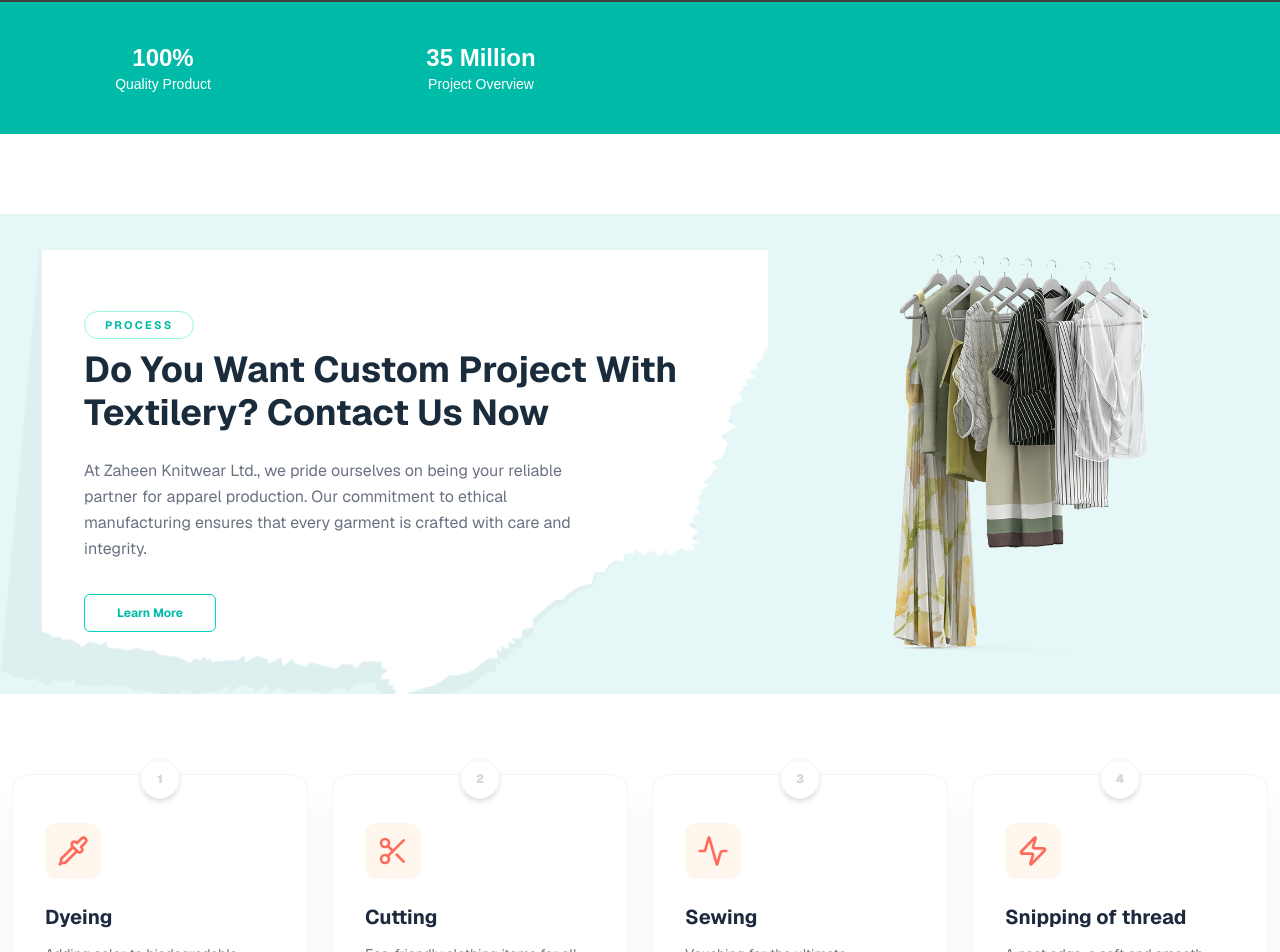
Repository: mdmuhibullahhabib/fullstack-assessment
Page: /
The author's editor kept a copy of each file at every save. The page is drawn from the files as they stood at one save, then again after the next save.
The browser window is 1280 px wide. The pictures show the part of the page from y = 576 to 1528 px (the page is 3025 px tall before and 3181 px after).
Pictures or frames that could not be fetched are drawn as grey boxes. The project was rebuilt for these pictures with package versions that can differ from the ones it lists, and the page was loaded fresh each time. The framework's server and built-in components were replaced by stand-ins that run in the browser. Also part of the build but not shown: next.config.mjs.

Above is the page before, as saved 2025-12-27 10:26:43.

### src/app/layout.js
import { Geist, Geist_Mono } from "next/font/google";
import "./globals.css";
import Navbar from "@/components/shared/Navbar";
import Footer from "@/components/shared/Footer";

const geistSans = Geist({
  variable: "--font-geist-sans",
  subsets: ["latin"],
});

const geistMono = Geist_Mono({
  variable: "--font-geist-mono",
  subsets: ["latin"],
});

export const metadata = {
  title: "Create Next App",
  description: "Generated by create next app",
};

export default function RootLayout({ children }) {
  return (
    <html lang="en">
      <body
        className={`${geistSans.variable} ${geistMono.variable} antialiased`}
      >
        <Navbar/>
        {children}
        <Footer/>
      </body>
    </html>
  );
}

### src/app/page.js
import Apparel from "@/components/home/Apparel";
import CustomProcess from "@/components/home/CustomProcess";
import Hero from "@/components/home/hero";
import Stats from "@/components/home/Stats";


export default function Home() {
  return (
    <>
      <Hero />
      <Stats />
      <CustomProcess />
      <Apparel />
    </>
  );
}

### src/components/shared/Navbar.jsx
"use client";

import Link from "next/link";
import { Menu, X, ShoppingCart, User } from "lucide-react";
import { useState } from "react";

export default function Navbar() {
  const [open, setOpen] = useState(false);

  return (
    <header className="w-full">
      {/* ===== Top Bar ===== */}
      <div className="bg-teal-500 text-white text-sm">
        <div className="max-w-7xl mx-auto flex justify-between items-center px-4 py-2">
          <p>📍 Kashimpur, Gazipur Sadar / Gazipur</p>
          <div className="flex items-center gap-4">
            <span>📞 +880 01713-027875</span>
            <div className="flex gap-2">
              <span>f</span>
              <span>x</span>
              <span>▶</span>
              <span>📷</span>
            </div>
          </div>
        </div>
      </div>

      {/* ===== Main Navbar ===== */}
      <div className="bg-white shadow">
        <div className="max-w-7xl mx-auto flex items-center justify-between px-4 py-4">

          {/* Logo */}
          <Link href="/" className="flex items-center gap-2">
            <div className="w-10 h-10 bg-green-500 rounded flex items-center justify-center text-white font-bold">
              Z
            </div>
            <span className="font-bold text-lg text-gray-800">
              Company
            </span>
          </Link>

          {/* Desktop Menu */}
          <nav className="hidden md:flex items-center gap-8 text-gray-700 font-medium">
            <Link href="/">Home</Link>
            <Link href="/about">About Us</Link>
            <Link href="/services">Our Services</Link>
            <Link href="/products">Our Products</Link>
            <Link href="/blogs">Blogs</Link>
          </nav>

          {/* Right Actions */}
          <div className="hidden md:flex items-center gap-4">
            <ShoppingCart className="cursor-pointer" />
            <div className="w-8 h-8 bg-red-500 rounded-full flex items-center justify-center text-white">
              M
            </div>
            <Link
              href="/contact"
              className="bg-orange-500 text-white px-4 py-2 rounded"
            >
              Contact Us
            </Link>
          </div>

          {/* Mobile Menu Button */}
          <button
            onClick={() => setOpen(!open)}
            className="md:hidden"
          >
            {open ? <X /> : <Menu />}
          </button>
        </div>

        {/* ===== Mobile Menu ===== */}
        {open && (
          <div className="md:hidden bg-white border-t">
            <nav className="flex flex-col gap-4 px-4 py-4 text-gray-700">
              <Link href="/">Home</Link>
              <Link href="/about">About Us</Link>
              <Link href="/services">Our Services</Link>
              <Link href="/products">Our Products</Link>
              <Link href="/blogs">Blogs</Link>

              <div className="flex items-center gap-4 pt-4">
                <ShoppingCart />
                <User />
                <Link
                  href="/contact"
                  className="bg-orange-500 text-white px-4 py-2 rounded"
                >
                  Contact Us
                </Link>
              </div>
            </nav>
          </div>
        )}
      </div>
    </header>
  );
}

### src/components/shared/Footer.jsx
import Image from "next/image";
import Link from "next/link";

export default function Footer() {
  return (
    <footer className="bg-[#f8f8f8] border-t">
      <div className="max-w-7xl mx-auto px-4 py-12">

        {/* ===== Top Section ===== */}
        <div className="grid grid-cols-1 md:grid-cols-4 gap-10">

          {/* Logo & Contact */}
          <div className="space-y-4">
            <div className="flex items-center gap-3">
              <Image src="/logo.png" alt="logo" width={48} height={48} />
              <Image src="/logo2.png" alt="logo2" width={48} height={48} />
            </div>

            <p className="text-sm text-gray-600 flex gap-2">
              📍 29 SE 2nd Ave, Miami, FL 33131, United States
            </p>
            <p className="text-sm text-gray-600">
              ✉ info@zaheen.com
            </p>
            <p className="text-sm font-semibold">
              📞 (+92) 3942 7879
            </p>
          </div>

          {/* Pages */}
          <div>
            <h4 className="font-semibold mb-4 uppercase text-sm">Pages</h4>
            <ul className="space-y-2 text-sm text-gray-600">
              <li><Link href="#">About Us</Link></li>
              <li><Link href="#">Our Services</Link></li>
              <li><Link href="#">Our Products</Link></li>
            </ul>
          </div>

          {/* Information */}
          <div>
            <h4 className="font-semibold mb-4 uppercase text-sm">Information</h4>
            <ul className="space-y-2 text-sm text-gray-600">
              <li><Link href="#">My Account</Link></li>
              <li><Link href="#">Corporate Enquiries</Link></li>
              <li><Link href="#">FAQs</Link></li>
            </ul>
          </div>
        </div>

        {/* ===== Payment Channels (SAME ROW STYLE) ===== */}
        <div className="mt-10">
          <h4 className="font-semibold text-sm mb-4">PAYMENT CHANNELS</h4>

          <div className="flex flex-wrap gap-3">
            {[
              "visa",
              "mastercard",
              "amex",
              "bKash",
              "nagad",
              "rocket",
              "upay",
              "tap",
              "citybank",
              "bracbank",
              "easternbank",
              "standardchartered",
            ].map((logo) => (
              <div
                key={logo}
                className="bg-white border rounded-md px-4 py-2 flex items-center justify-center"
              >
                <Image
                  src={`/payments/${logo}.png`}
                  alt={logo}
                  width={48}
                  height={28}
                  className="object-contain"
                />
              </div>
            ))}
          </div>
        </div>

        {/* ===== Bottom Bar ===== */}
        <div className="border-t mt-10 pt-6 flex flex-col md:flex-row justify-between items-center gap-4 text-sm text-gray-600">

          <p>
            Copyright ©{" "}
            <span className="text-orange-500 font-medium">
              360D Soul Limited
            </span>{" "}
            2025. All rights reserved.
          </p>

          <div className="flex gap-4 text-lg">
            <span>f</span>
            <span>x</span>
            <span>📷</span>
          </div>

          <div className="flex gap-4">
            <Link href="#">Terms & Condition</Link>
            <Link href="#">Privacy & Policy</Link>
            <Link href="#">Refund Policy</Link>
          </div>
        </div>

      </div>
    </footer>
  );
}

### src/components/home/Apparel.jsx
export default function Apparel() {
  const products = [
    {
      name: "Denim Jacket",
      price: "$10.00",
      img: "https://images.unsplash.com/photo-1520975916090-3105956dac38",
    },
    {
      name: "Hoodie",
      price: "$12.00",
      img: "https://images.unsplash.com/photo-1520974735194-6c9c0c13ed3d",
    },
    {
      name: "T-Shirt",
      price: "$8.00",
      img: "https://images.unsplash.com/photo-1583743814966-8936f5b7be1a",
    },
  ];

  return (
    <section className="bg-gray-50 py-16">
      <div className="max-w-7xl mx-auto px-4">
        <h2 className="text-2xl font-bold mb-8">Our Apparels</h2>

        <div className="grid sm:grid-cols-2 md:grid-cols-3 gap-6">
          {products.map((p, i) => (
            <div key={i} className="bg-white border rounded overflow-hidden">
              <img src={p.img} className="h-56 w-full object-cover" />
              <div className="p-4">
                <h3 className="font-semibold">{p.name}</h3>
                <p className="text-sm text-gray-600">{p.price}</p>
                <button className="mt-3 w-full bg-teal-500 text-white py-2 rounded">
                  Add to Cart
                </button>
              </div>
            </div>
          ))}
        </div>
      </div>
    </section>
  );
}

### src/components/home/CustomProcess.jsx
"use client"
import Image from "next/image";
import { Scissors, Pipette, Zap, Activity, Repeat, ClipboardCheck, Box } from "lucide-react";
import bgImage from "../../../public/home/ProcessImage-1.png";
import rightImage from "../../../public/home/ProcessImage-2.png";

export default function CustomProcess() {
    const steps = [
        { number: 1, title: "Dyeing", desc: "Adding color to biodegradable materials.", icon: <Pipette className="w-8 h-8 text-[#FF6B5B]" /> },
        { number: 2, title: "Cutting", desc: "Eco-friendly clothing items for all shapes and sizes.", icon: <Scissors className="w-8 h-8 text-[#FF6B5B]" /> },
        { number: 3, title: "Sewing", desc: "Vouching for the ultimate sturdiness and durability of the fabric.", icon: <Activity className="w-8 h-8 text-[#FF6B5B]" /> },
        { number: 4, title: "Snipping of thread", desc: "A neat edge, a soft and smooth finish.", icon: <Zap className="w-8 h-8 text-[#FF6B5B]" /> },
        { number: 5, title: "Ironing", desc: "Ironing it before shipping.", icon: <Repeat className="w-8 h-8 text-[#FF6B5B]" /> },
        { number: 6, title: "Checking", desc: "Going through each clothing piece to ensure supreme quality standards are met.", icon: <ClipboardCheck className="w-8 h-8 text-[#FF6B5B]" /> },
        { number: 7, title: "Package", desc: "Folding and packing with the utmost care.", icon: <Box className="w-8 h-8 text-[#FF6B5B]" /> },
    ];

    return (
        <section className="bg-white py-20  font-sans">
            <div className=" mx-auto">

                {/* ===== TOP SECTION ===== */}
                <div className="relative bg-[#E6F7F8] overflow-hidden flex flex-col md:flex-row items-stretch mb-20 min-h-[450px]">

                    {/* Left Content Box (White with bgImage and Torn Edge) */}
                    <div
                        className="relative w-full md:w-[60%] md:py-[40px] p-10 mt-9 md:pl-5 md:p-1 flex flex-col justify-center items-start "
                        style={{
                            backgroundImage: `url(${bgImage.src})`,
                            backgroundSize: "cover",
                            backgroundPosition: "center",
                        }}
                    >
                        <div
                        className="ml-16"
                        >
                            <div className="mb-3">
                                <span className="px-5 py-1.5 rounded-full border border-teal-200 text-teal-500 text-[11px] font-bold uppercase tracking-[0.2em]">
                                    Process
                                </span>
                            </div>

                            <h3 className="text-3xl md:text-4xl font-bold text-[#1a2b3c] leading-[1.2] mb-6">
                                Do You Want Custom Project With Textilery? Contact Us Now
                            </h3>

                            <p className="text-gray-500 text-sm md:text-base leading-relaxed max-w-lg mb-8">
                                At Zaheen Knitwear Ltd., we pride ourselves on being your reliable partner for
                                apparel production. Our commitment to ethical manufacturing ensures that
                                every garment is crafted with care and integrity.
                            </p>

                            <button className="border-[1.5px] border-teal-400 text-teal-500 px-8 py-2.5 rounded-md font-bold text-xs hover:bg-teal-500 hover:text-white transition-all">
                                Learn More
                            </button>
                        </div>
                    </div>

                    {/* Right Content (Image of hanging clothes) */}
                    <div className="w-full md:w-[40%] relative flex items-center justify-center py-10">
                        <div className="relative w-[85%] h-[400px]">
                            <Image
                                src={rightImage}
                                alt="Clothing Preview"
                                fill
                                className="object-contain"
                                priority
                            />
                        </div>
                    </div>
                </div>

                {/* ===== PROCESS STEPS GRID ===== */}
                <div className="flex flex-wrap justify-center gap-6">
                    {steps.map((step, index) => (
                        <div
                            key={step.number}
                            className={`
                relative bg-white p-8 pt-12 rounded-2xl shadow-[0_15px_40px_-15px_rgba(0,0,0,0.1)]
                border border-gray-100 flex flex-col items-start transition-all hover:-translate-y-2
                w-full sm:w-[calc(50%-1.5rem)] lg:w-[calc(25%-1.5rem)]
                ${index >= 4 ? 'lg:translate-y-2' : ''}
              `}
                        >
                            {/* Step Number Circle */}
                            <div className="absolute -top-4 left-1/2 -translate-x-1/2 w-10 h-10 bg-white border border-gray-100 shadow-md rounded-full flex items-center justify-center text-xs font-black text-gray-300">
                                {step.number}
                            </div>

                            <div className="mb-6 bg-orange-50 p-3 rounded-xl">
                                {step.icon}
                            </div>

                            <h3 className="text-xl font-bold text-slate-800 mb-3">
                                {step.title}
                            </h3>
                            <p className="text-[14px] text-gray-500 leading-relaxed">
                                {step.desc}
                            </p>
                        </div>
                    ))}
                </div>

            </div>
        </section>
    );
}

### src/components/home/hero.jsx
export default function Hero() {
  return (
    <section className="relative bg-black text-white">
      <img
        src="https://images.unsplash.com/photo-1520975916090-3105956dac38"
        className="absolute inset-0 w-full h-full object-cover opacity-40"
      />

      <div className="relative max-w-7xl mx-auto px-4 py-28 grid md:grid-cols-2 gap-10">
        <div>
          <p className="text-sm uppercase mb-3 text-teal-400">
            Textile & Garments
          </p>
          <h1 className="text-4xl md:text-5xl font-bold mb-5">
            High-Quality Garments. <br /> Ethically Made.
          </h1>
          <p className="text-gray-300 mb-6">
            We manufacture premium garments using ethical and sustainable
            practices.
          </p>

          <div className="flex gap-4">
            <button className="bg-orange-500 px-6 py-3 rounded">
              Explore
            </button>
            <button className="border px-6 py-3 rounded">
              Contact Us
            </button>
          </div>
        </div>
      </div>
    </section>
  );
}

### src/components/home/Stats.jsx
export default function Stats() {
  const stats = [
    { title: "Quality Product", value: "100%" },
    { title: "Project Overview", value: "35 Million" },
  ];

  return (
    <section className="bg-teal-500 text-white">
      <div className="max-w-7xl mx-auto px-4 py-10 grid grid-cols-2 md:grid-cols-4 gap-6 text-center">
        {stats.map((s, i) => (
          <div key={i}>
            <h3 className="text-2xl font-bold">{s.value}</h3>
            <p className="text-sm">{s.title}</p>
          </div>
        ))}
      </div>
    </section>
  );
}

Loaded but not shown: src/app/globals.css (common file)

After the next save:
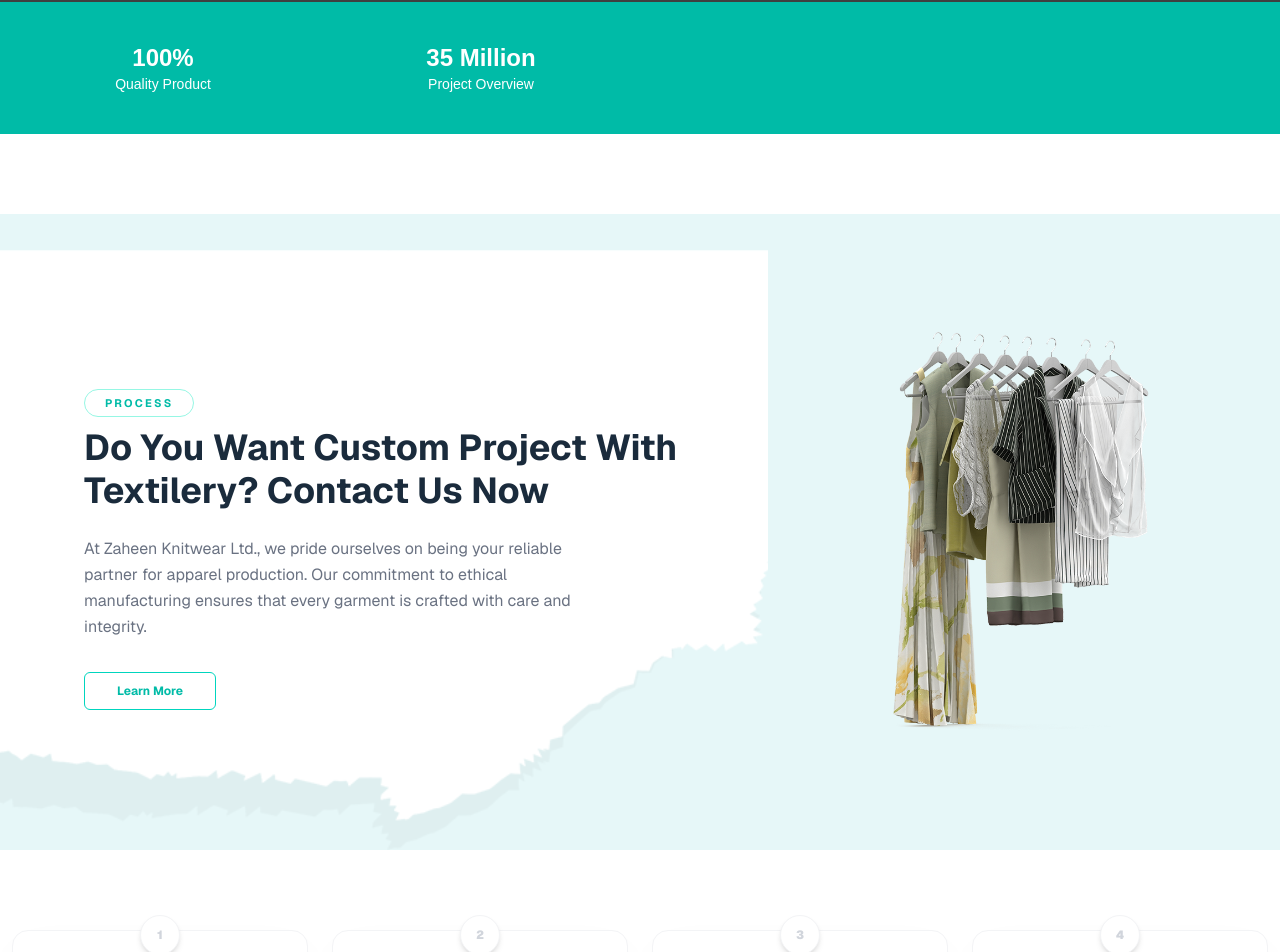
Saved 10 s later.
--- a/src/components/home/CustomProcess.jsx
+++ b/src/components/home/CustomProcess.jsx
@@ -24,7 +24,7 @@
 
                     {/* Left Content Box (White with bgImage and Torn Edge) */}
                     <div
-                        className="relative w-full md:w-[60%] md:py-[40px] p-10 mt-9 md:pl-5 md:p-1 flex flex-col justify-center items-start "
+                        className="relative w-full md:w-[60%] md:py-[140px] p-10 mt-9 md:pl-5 md:p-1 flex flex-col justify-center items-start "
                         style={{
                             backgroundImage: `url(${bgImage.src})`,
                             backgroundSize: "cover",

After the 3 saves that followed:
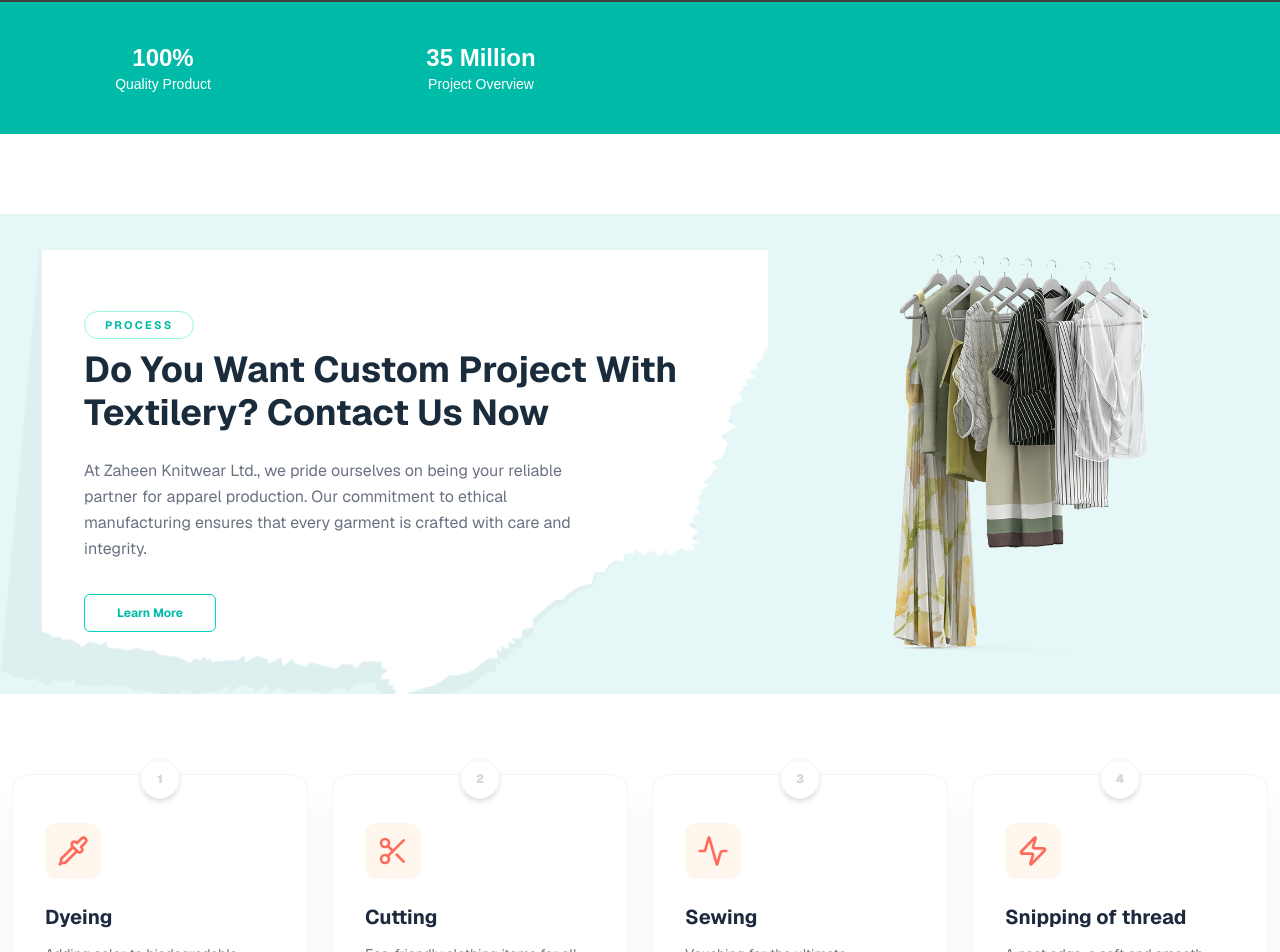
The 3 saves are shown as one change because they came seconds apart.
The last was saved 15 s later.
--- a/src/components/home/CustomProcess.jsx
+++ b/src/components/home/CustomProcess.jsx
@@ -24,7 +24,7 @@
 
                     {/* Left Content Box (White with bgImage and Torn Edge) */}
                     <div
-                        className="relative w-full md:w-[60%] md:py-[140px] p-10 mt-9 md:pl-5 md:p-1 flex flex-col justify-center items-start "
+                        className="relative w-full md:w-[60%] md:py-[-140px] p-10 mt-9 md:pl-5 md:p-1 flex flex-col justify-center items-start "
                         style={{
                             backgroundImage: `url(${bgImage.src})`,
                             backgroundSize: "cover",
